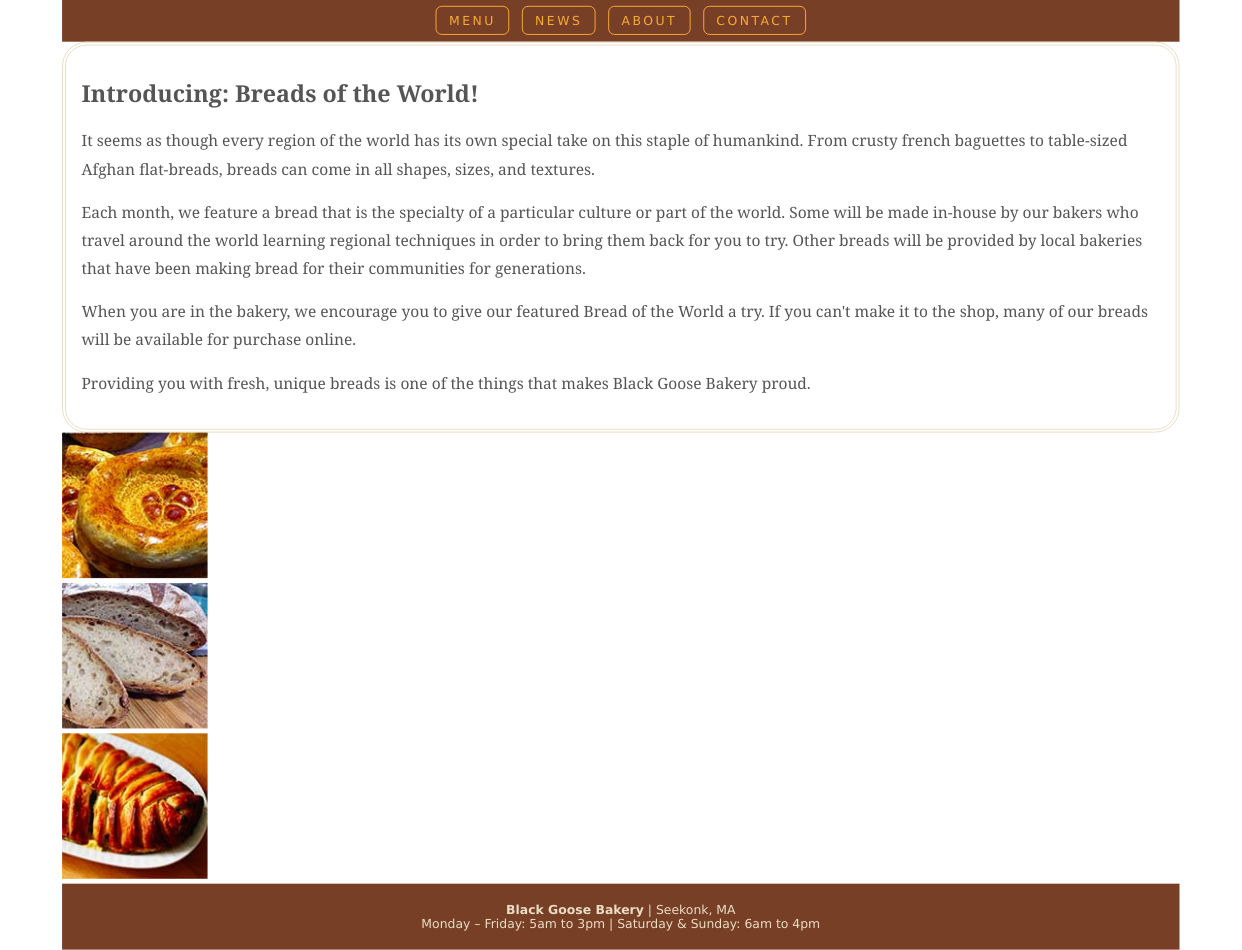
Repository: Colo-Codes/code-practice
Page: 02-css-practice-7.html
An editor plug-in stored every save of this project. The page is shown before and after the next save, followed by the edit.
The browser window is 1280 px wide. The pictures show the whole page, at 97% of full size.
Some web fonts or font styles are not loaded; a fallback is used.

Above is the page before, as saved 2021-05-14 11:05:18.

After the next save:
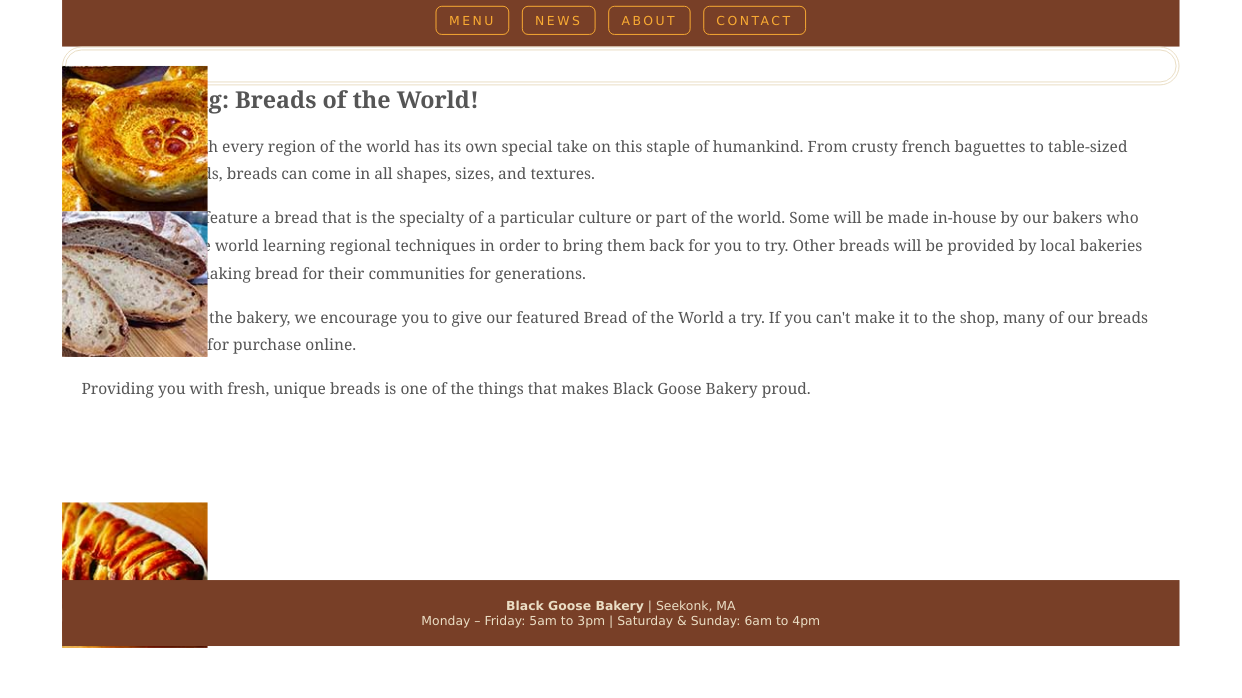
Saved 98 s later.
--- a/02-css-practice-7.html
+++ b/02-css-practice-7.html
@@ -26,6 +26,7 @@
       margin-left: 5%;
       margin-right: 5%;
       display: grid;
+      grid-template-rows: 3em 20px 150px 300px 5em;
     }
 
 
